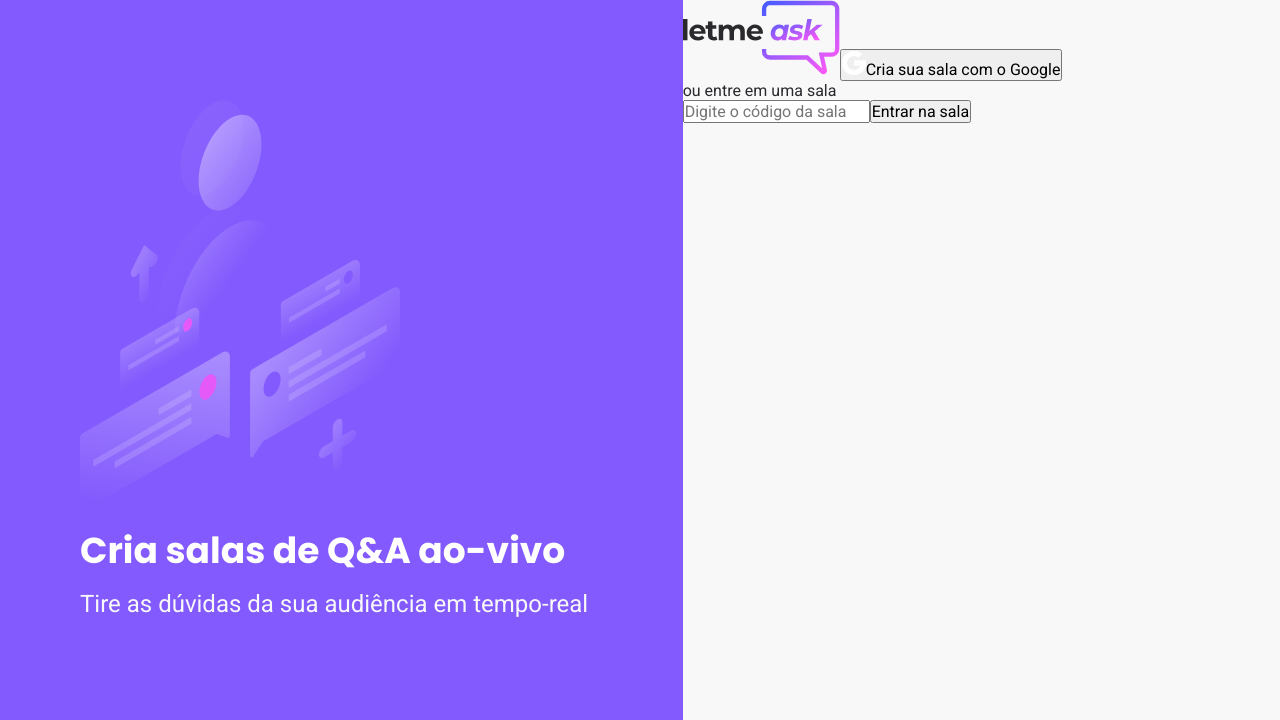
Repository: vagnereix/nlw-06-letmeask
Page: /rooms/new
An editor plug-in stored every save of this project. The page is shown before and after the next save, followed by the edit.
The browser window is 1280 px wide. The pictures show the whole page.
The project was rebuilt for these pictures with package versions that can differ from the ones it lists, and the page was loaded fresh each time.

Above is the page before, as saved 2021-06-22 00:21:37.

After the next save:
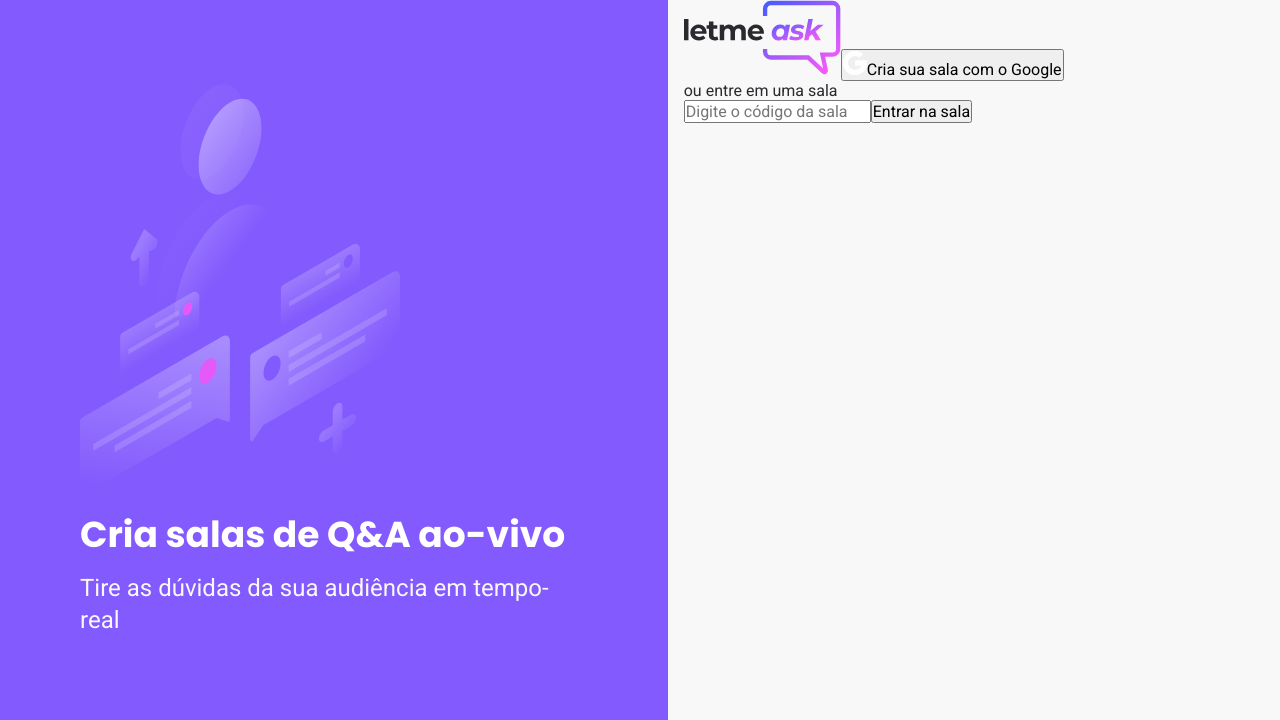
Saved 4 min 23 s later.
--- a/src/styles/auth.scss
+++ b/src/styles/auth.scss
@@ -13,27 +13,29 @@
         flex-direction: column;
         justify-content: center;
 
-        padding: 120px 80px;
+        padding: 7.5rem 5rem;
 
         img {
             max-width: 320px;
         }
 
         strong {
-            font: 700 36px 'Poppins', sans-serif;
-            line-height: 42px;
-            margin-top: 16px;
+            font: 700 2.25rem 'Poppins', sans-serif;
+            line-height: 2.625rem;
+            margin-top: 1rem;
         }
 
         p {
-            font-size: 24px;
-            line-height: 32px;
-            margin-top: 16px;
+            font-size: 1.5rem;
+            line-height: 2rem;
+            margin-top: 1rem;
             color: #f8f8f8
         }
     }
 
     main {
         flex: 8;
+
+        padding: 0 1rem;
     }
 }
